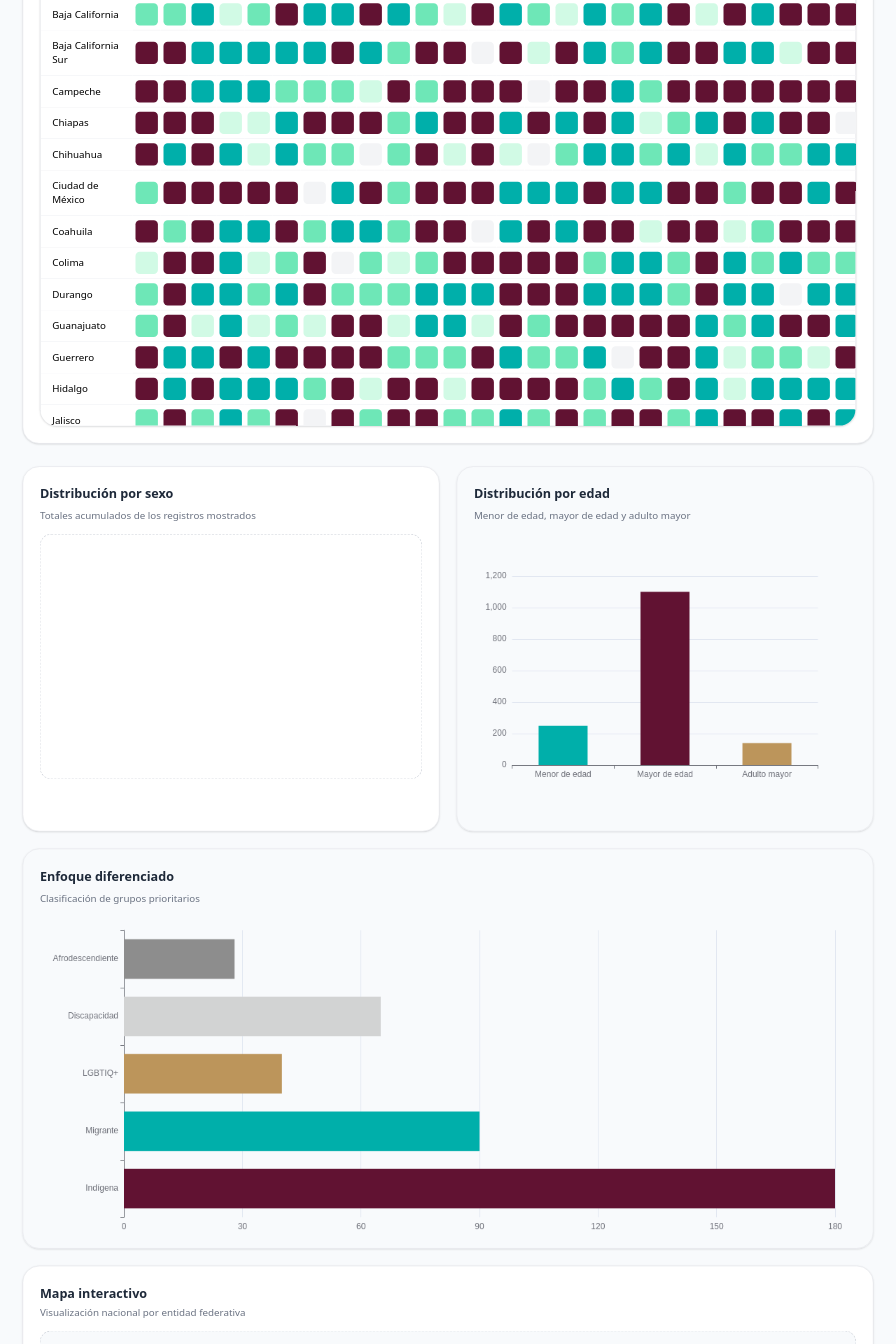
Repository: jesus890/semaforo-cinepolis
Page: /estadisticas
The author's editor kept a copy of each file at every save. The page is drawn from the files as they stood at one save, then again after the next save.
The browser window is 1280 px wide. The pictures show the part of the page from y = 390 to 2310 px (the page is 2998 px tall), at 70% of full size.
An inner scrolling area shows only its first screen. The project was rebuilt for these pictures with package versions that can differ from the ones it lists, and the page was loaded fresh each time. Also part of the build but not shown: vite.config.ts, src/components/Dashboard/navigation/BackButton.tsx.

Above is the page before, as saved 2026-06-01 20:17:07.

After the next save:
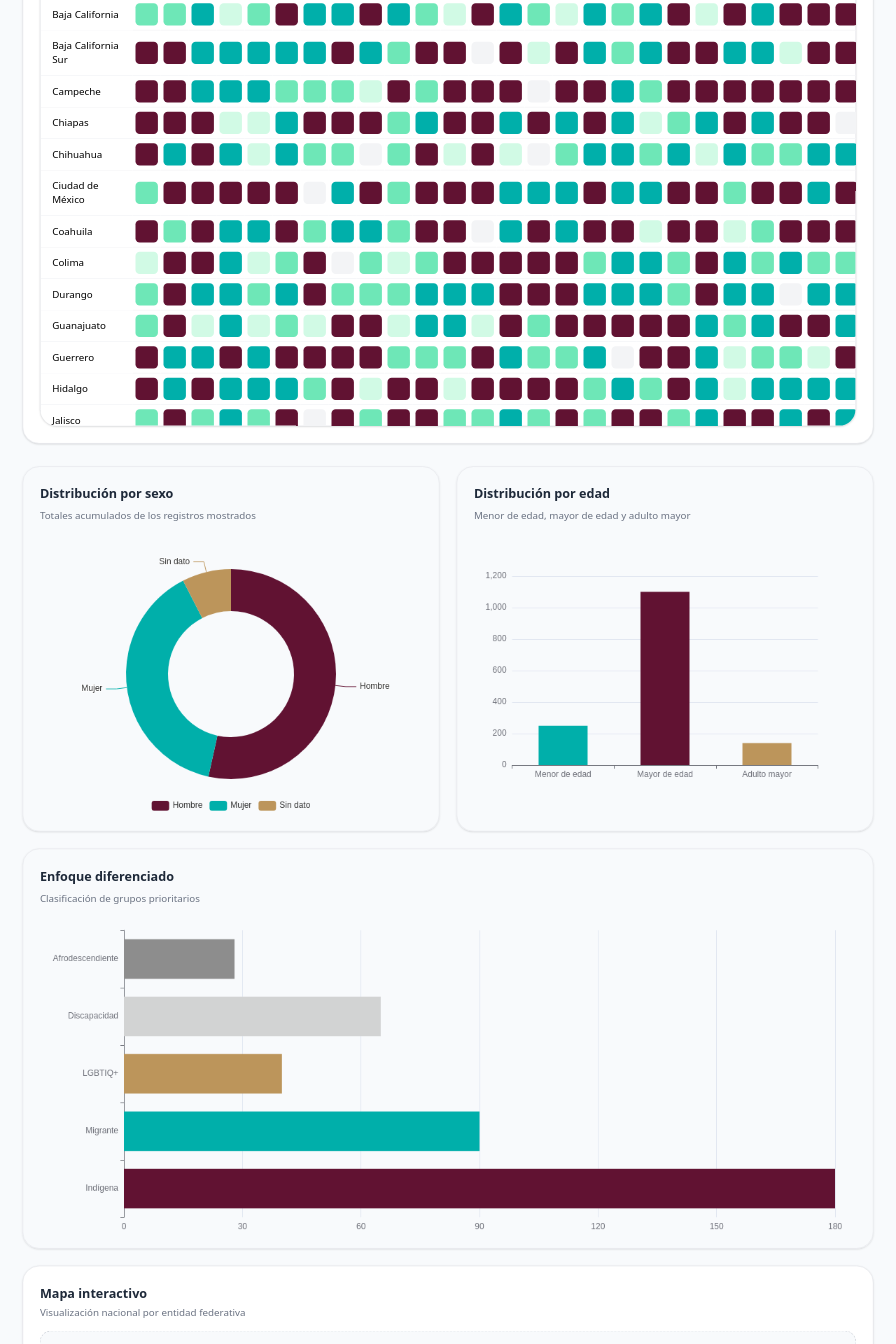
Saved 25 s later.
--- a/src/components/Dashboard/Dashboard.tsx
+++ b/src/components/Dashboard/Dashboard.tsx
@@ -141,7 +141,7 @@ export default function Dashboard() {
 
                     {/* SEXO */}
 
-                    <div className="rounded-3xl border border-gray-200 bg-white p-6 shadow-sm">
+                    <div className="rounded-3xl border border-gray-200 p-6 shadow-sm">
 
                         <h3 className="mb-2 text-lg font-bold text-gray-800">
 
@@ -155,10 +155,8 @@ export default function Dashboard() {
 
                         </p>
 
-                        <div className="flex h-[350px] items-center justify-center rounded-2xl border border-dashed border-gray-300">
-
+                        <div>
                             <SexoChart />
-
                         </div>
 
                     </div>
